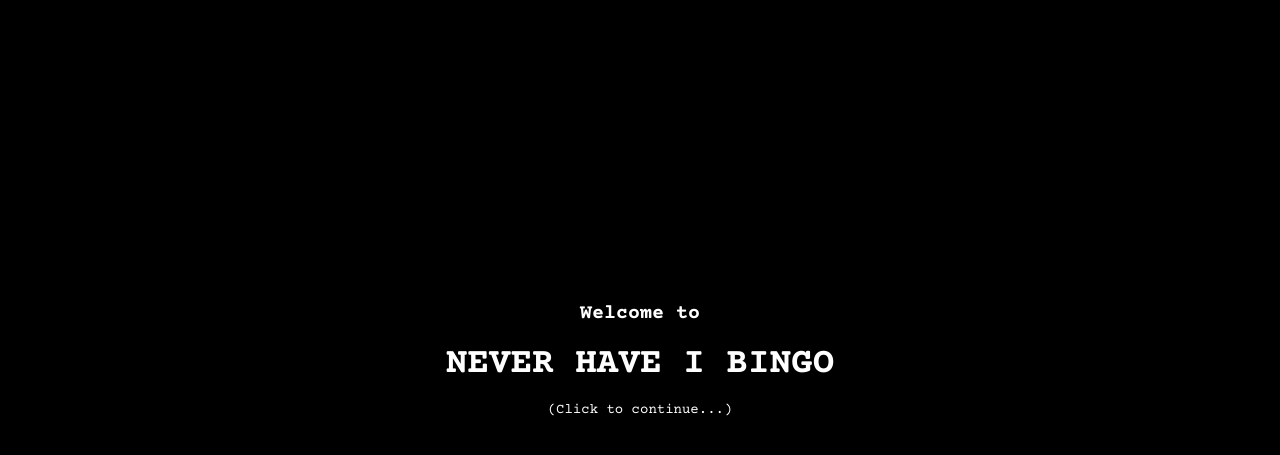
Repository: Jeysmeister/sensoryminds-bingo
Page: /
These files come from the project's save history. The page is drawn as it stood at one moment and after the next save; the edit follows.
The browser window is 1280 px wide. The pictures show the whole page.
The project was rebuilt for these pictures with package versions that can differ from the ones it lists, and the page was loaded fresh each time. The framework's server and built-in components were replaced by stand-ins that run in the browser. Also part of the build but not shown: next.config.ts.

Above is the page before, as saved 2024-11-12 18:01:16.

After the next save:
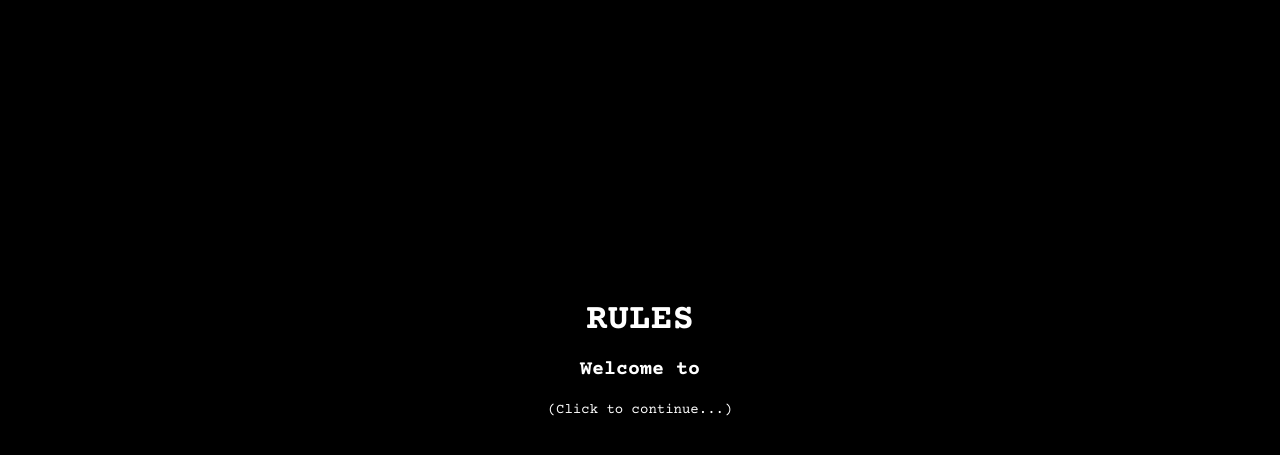
Saved 6 s later.
--- a/app/page.tsx
+++ b/app/page.tsx
@@ -10,12 +10,12 @@ export default function Home() {
   const questions = getRandomQuestions(24);
   return (
     <div className="flex w-screen overflow-hidden">
-      <div className="cursor-pointer">
+      {/* <div className="cursor-pointer">
         <div className="w-screen h-screen flex justify-center items-center text-white bg-black flex-col gap-4">
           <div className="text-xl font-bold">Welcome to</div> <div className="text-4xl font-bold">NEVER HAVE I BINGO</div>
           <div className="text-sm">(Click to continue...)</div>
         </div>
-      </div>
+      </div> */}
       <div className="cursor-pointer">
         <div className="w-screen h-screen flex justify-center items-center text-white bg-black flex-col gap-4">
           <div className="text-4xl font-bold">RULES</div>
